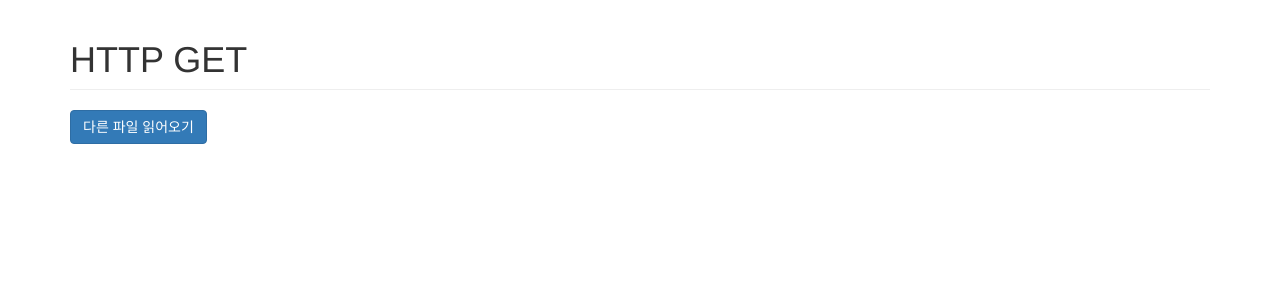
Repository: philip-yoo/test4
Page: aj/Hello/WebContent/jq15/03-get.html
These files come from the project's save history. The page is drawn as it stood at one moment and after the next save; the edit follows.
The browser window is 1280 px wide. The pictures show the whole page.

Above is the page before, as saved 2020-12-02 05:45:12.

### aj/Hello/WebContent/jq15/03-get.html
<!DOCTYPE html>
<html>
<head>
<meta charset="utf-8">
<meta name="viewport" content="width=device-width,initial-scale=1.0,minimum-scale=1.0,
maximum-scale=1.0,user-scalable=no" />
<title>Hello Javascript</title>

    <link rel="stylesheet" href="http://maxcdn.bootstrapcdn.com/bootstrap/3.3.6/css/bootstrap.min.css"/>
    <script src="http://code.jquery.com/jquery.min.js"></script>
    <script src="http://maxcdn.bootstrapcdn.com/bootstrap/3.3.6/js/bootstrap.min.js"></script>
    <link rel="shortcut icon" href="/favicon.ico" type="image/x-icon">
<link rel="icon" href="/favicon.ico" type="image/x-icon">

<!-- AjaxHelper -->
<script src="../plugins/ajax/ajax_helper.js"></script>
<link rel="stylesheet" href="../plugins/ajax/ajax_helper.css" type="text/css" />
</head>

<body>
<div class="container">
<h1 class="page-header">HTTP GET</h1>
<button id ="mybutton" class="btn btn-primary" type="button">다른 파일 읽어오기</button>
<!-- 결과가 출력될 div -->
<div id="result"></div>

</div>
<script type="text/javascript">
$(function(){
	$("#mybutton").click(function(e){
		$.ajax({
			//결과를 읽어올 url
			url: '../api/hello.html',
			//웹 프로그램에게 데이터를 전송하는 방식.
			//생략할 경우 get으로 자동 지정됨
			method:"get",
			//전달할 조건값은 json형식으로 구성
			//사용하지 않을 경우 명시 자체를 생략할 수 있다.
			data:{},
			//읽어올 내용 형식(생략할 경우 json)
			dataType:"html",
			//읽어온 내용을 처리하기 위한 함수
			success:function(req){
				//준비된 요소에게 읽어온 내용을 출력한다.
				$("#result").append(req);
			}
		});// end $.ajax

	});// end click
});
</script>
</body>
</html>

### aj/Hello/WebContent/plugins/ajax/ajax_helper.js
$(function() {
	// 로딩이미지를 표시하기 위한 div를 jquery로 추가하기
	var loader = $("<div>").addClass('ajax-loader');
	loader.hide();
	$("body").prepend(loader);

	$.ajaxSetup( {
		/** ajax 기본 옵션 */
		cache: false,			// 캐쉬 사용 금지 처리
		dataType: 'json',		// 읽어올 내용 형식 (html,xml,json)
		timeout: 30000,			// 타임아웃 (30초)

		// 통신 시작전 실행할 기능 (ex: 로딩바 표시)
		beforeSend: function() {
			// 현재 통신중인 대상 페이지를 로그로 출력함
			console.log(">> Ajax 통신 시작 >> " + this.url);
			loader.show();
		},
		// 통신 실패시 호출될 함수 (파라미터는 에러내용)
		error: function(error) {
			// 404 -> Page Not Found
			// 50x -> Server Error(웹 프로그램 에러)
			// 200, 0 -> 내용의 형식 에러(JSON,XML)
			console.log(">> 에러!!!! >> " + error.status);

			var error_msg = "[" + error.status + "] " + error.statusText;

			var code = parseInt(error.status / 100);
            if (code == 4) {	// 400번대의 에러인 경우
                error_msg = "잘못된 요청입니다.\n" + error_msg;
            } else if (code == 5) {
                error_msg = "서버의 응답이 없습니다.\n" + error_msg;
            } else if (code == 2 || code == 0) {
            	error_msg = "서버의 응답이 잘못되었습니다.\n" + error_msg;
            }

            alert(error_msg);
		},
		// 성공,실패에 상관 없이 맨 마지막에 무조건 호출됨 ex) 로딩바 닫기
		complete: function() {
			console.log(">> Ajax 통신 종료!!!!");
			loader.hide();
		}
	} );
});


// HTML 특수문자를 원래의 구문으로 되돌리는 함수.
function htmlspecialchar_decode(content) {
	// 임의의 HTML 태그를 생성하여 내용을 출력시킨다.
	// --> append 등의 출력 처리를 하지 않았으므로 화면에 표시되지는 않는
	var div = $("<div>").html(content);
	// 브라우저에 표시될 내용을 리턴한다.
	return div.text();
}

### aj/Hello/WebContent/plugins/ajax/ajax_helper.css
.ajax-loader {
	display: block;
	width: 24px;
	height: 24px;

	position: fixed;
	left: 50%;
	top: 50%;
	margin-top: -12px;
	margin-left: -12px;
	z-index: 9999999;

	background-size: 100% 100%;
	background-repeat: no-repeat;
	background-image: url('loading.gif');
}

After the next save:
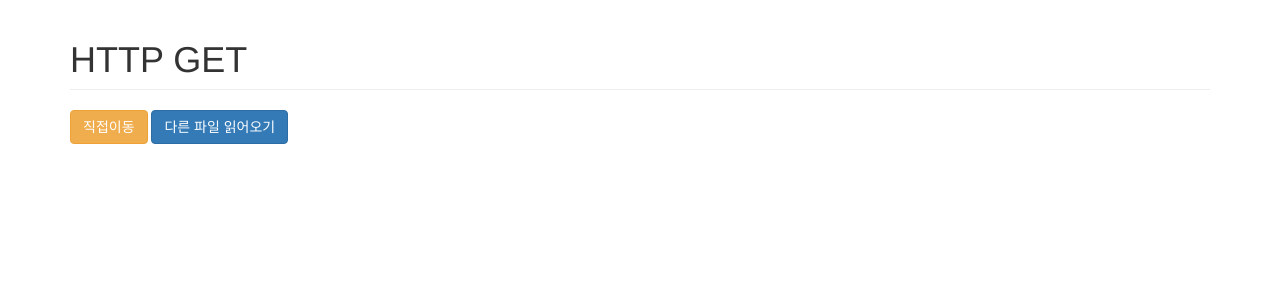
Saved 90 s later.
--- a/aj/Hello/WebContent/jq15/03-get.html
+++ b/aj/Hello/WebContent/jq15/03-get.html
@@ -20,11 +20,15 @@ maximum-scale=1.0,user-scalable=no" />
 <body>
 <div class="container">
 <h1 class="page-header">HTTP GET</h1>
+<!-- 직접 이동 -->
+<a href="../api/get.php?num1=123&num2=456" class="btn btn-warning">직접이동</a>
+
 <button id ="mybutton" class="btn btn-primary" type="button">다른 파일 읽어오기</button>
 <!-- 결과가 출력될 div -->
 <div id="result"></div>
 
 </div>
+
 <script type="text/javascript">
 $(function(){
 	$("#mybutton").click(function(e){
